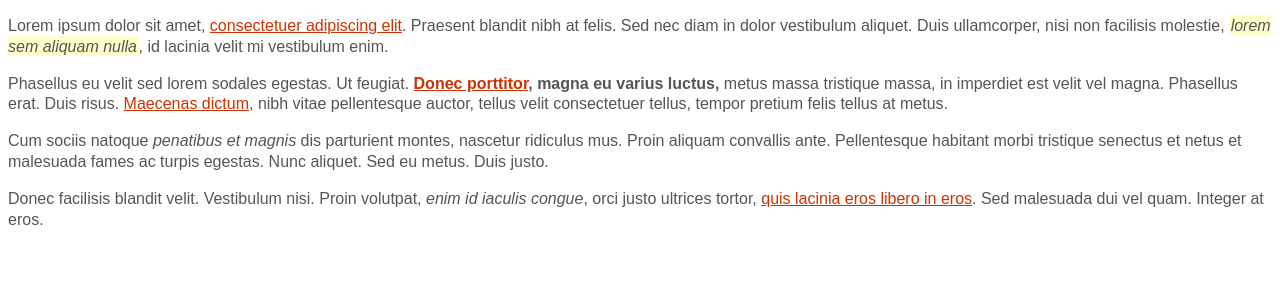
Repository: ScoggoDev/DesarrolloWeb
Page: tarea en equipo 1/Semana 3/index.html
These files come from the project's save history. The page is drawn as it stood at one moment and after the next save; the edit follows.
The browser window is 1280 px wide. The pictures show the whole page.

Above is the page before, as saved 2021-07-25 18:25:14.

After the next save:
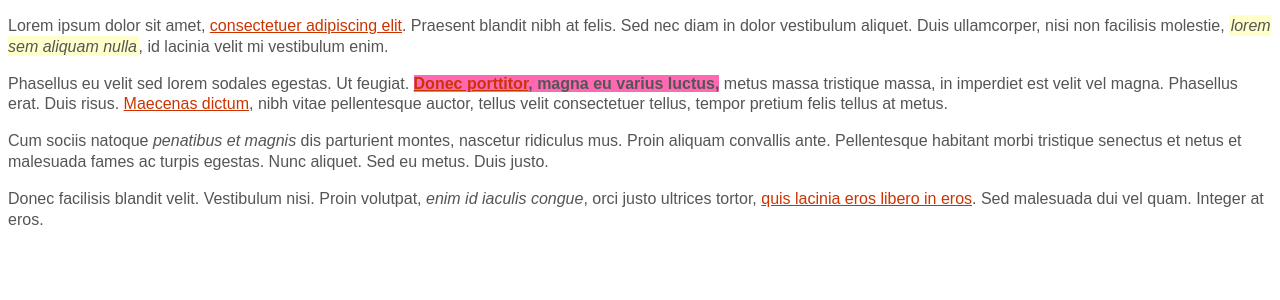
Saved 24 s later.
--- a/tarea en equipo 1/Semana 3/index.html
+++ b/tarea en equipo 1/Semana 3/index.html
@@ -30,7 +30,8 @@
 
     /* Elementos "span" contenidos en .normal */
     .normal span
-    { font-weight: bold; }
+    { font-weight: bold;
+    background-color: hotpink; }
 </style>
 </head>
 

After the save that followed:
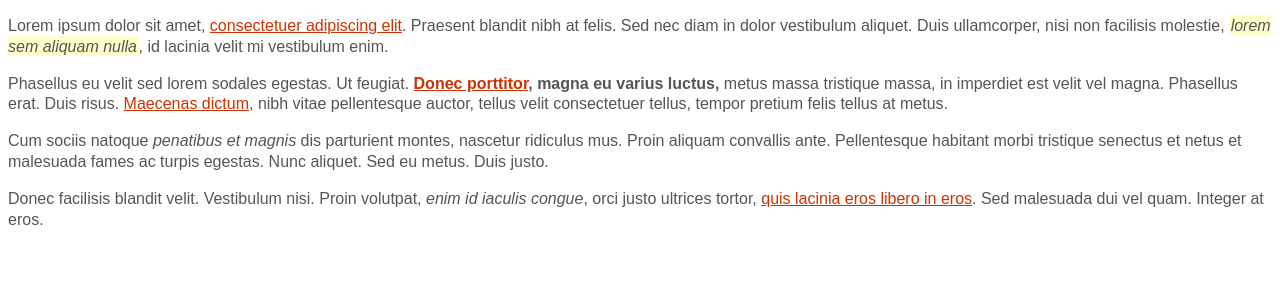
Saved 12 s later.
--- a/tarea en equipo 1/Semana 3/index.html
+++ b/tarea en equipo 1/Semana 3/index.html
@@ -30,8 +30,7 @@
 
     /* Elementos "span" contenidos en .normal */
     .normal span
-    { font-weight: bold;
-    background-color: hotpink; }
+    { font-weight: bold;}
 </style>
 </head>
 
